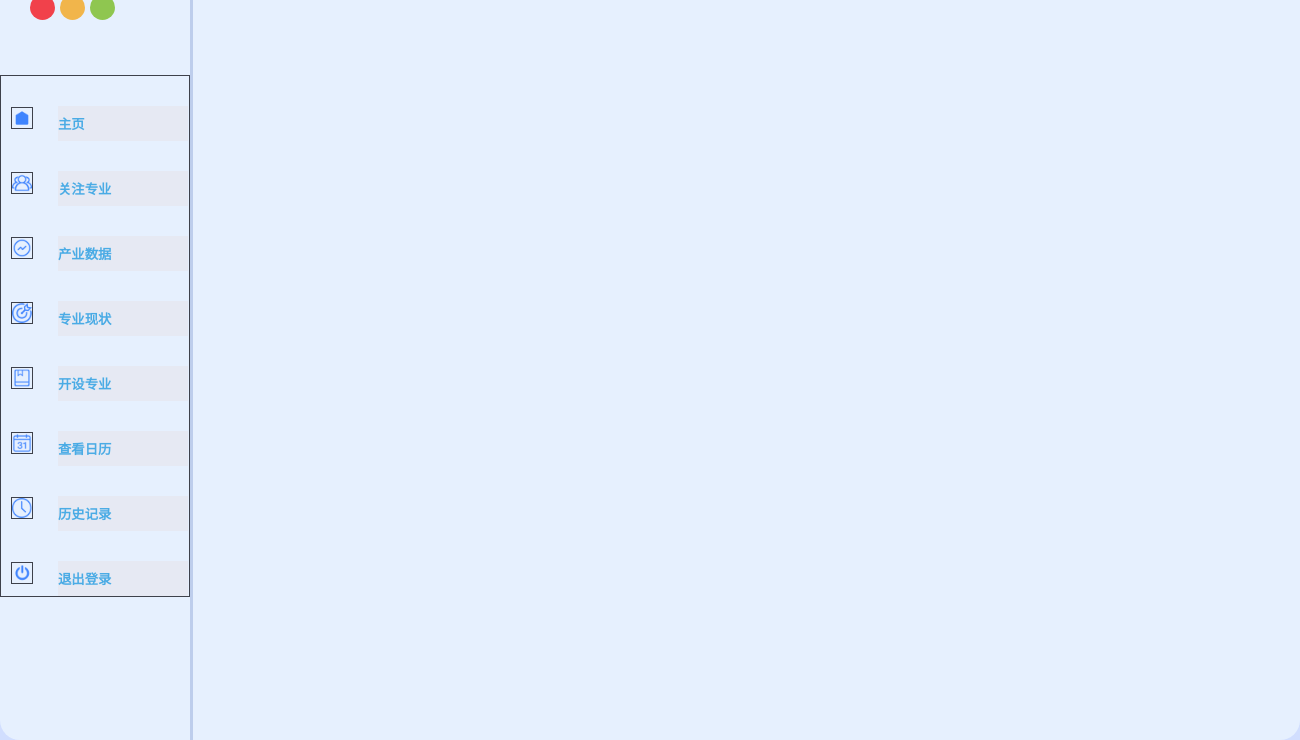
Repository: akaCSDN/test
Page: 2.1主页.html
The author's editor kept a copy of each file at every save. The page is drawn from the files as they stood at one save, then again after a run of saves.
The browser window is 1280 px wide. The page is 1300 px wide, so the pictures cover 1300 px, including what lies to the right of the window. The pictures show the whole page.

Above is the page before, as saved 2022-12-02 15:08:23.

After the next 2 saves:
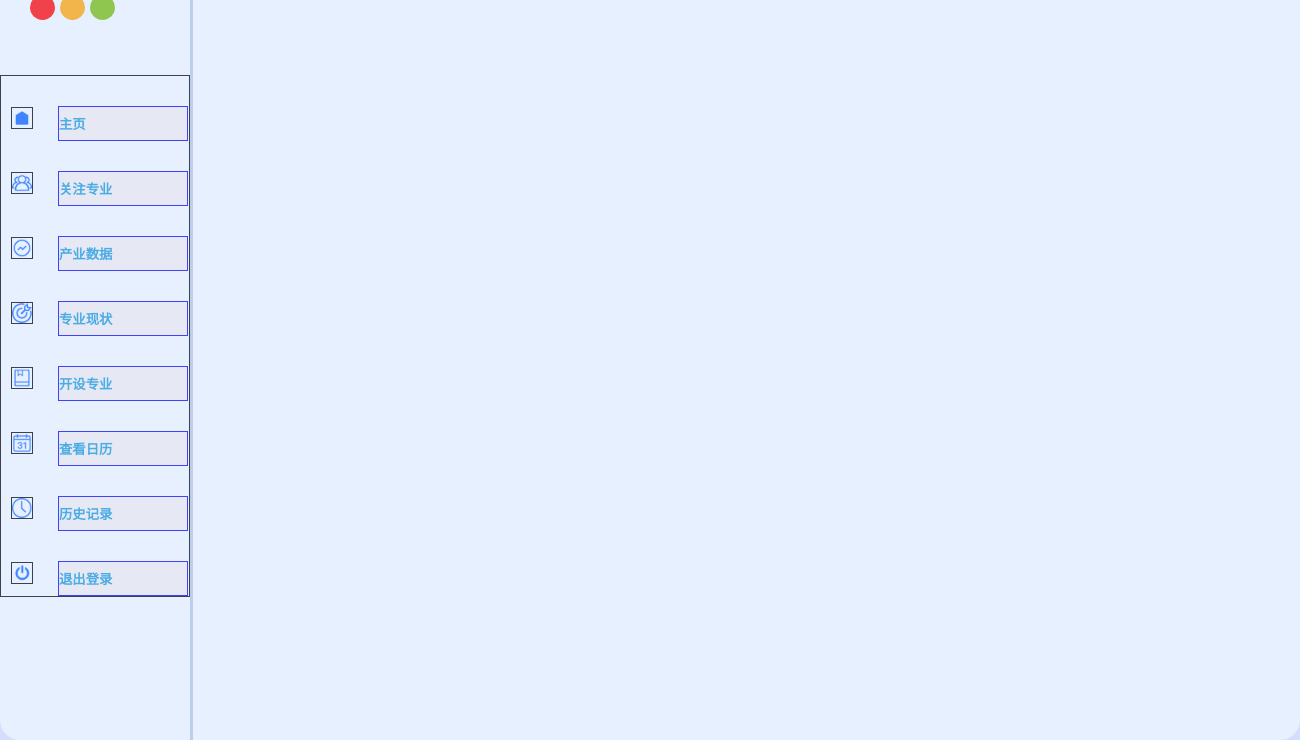
The 2 saves are shown as one change because they came seconds apart.
The last was saved 7 s later.
--- a/2.1主页.html
+++ b/2.1主页.html
@@ -68,7 +68,7 @@
             color:#1296db;
             font-weight: 600;
             margin-top: 30px;
-            bor
+            border: 1px solid blue;
 
         }
         .button img{
